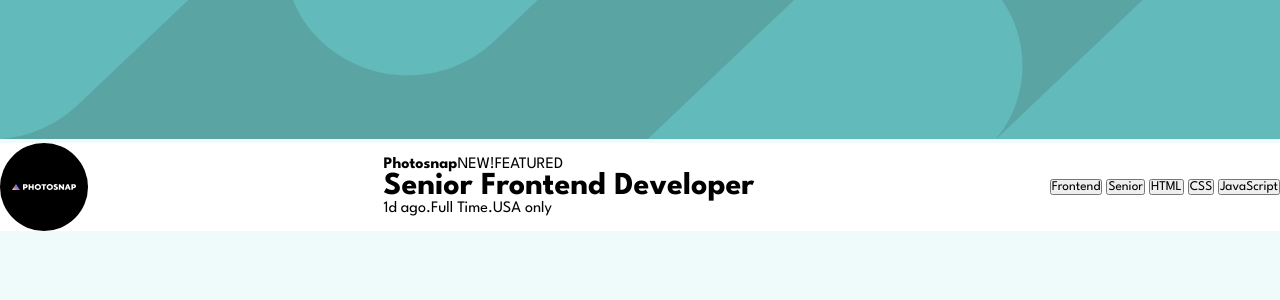
Repository: Eldream12/JobListing
Page: index.html
An editor plug-in stored every save of this project. The page is shown before and after the next save, followed by the edit.
The browser window is 1280 px wide. The pictures show the whole page.

Above is the page before, as saved 2025-03-31 11:03:23.

### index.html
<!DOCTYPE html>
<html lang="en">
	<head>
		<meta charset="UTF-8" />
		<meta name="viewport" content="width=device-width, initial-scale=1.0" />
		<title>Job Listing</title>
		<link rel="stylesheet" href="style/style.css" />
	</head>

	<body>
		<header>
			<div>
				<img src="Images/bg-header-desktop.svg" alt="NavHeader" />
			</div>
		</header>

		<main>
			<div class="content-carrier">
				<div class="content">
					<img src="Images/photosnap.svg" alt="photosnap" />
					<div class="content-text">
						<div class="txt-1">
							<h4>Photosnap</h4>
							<p>NEW!</p>
							<p>FEATURED</p>
						</div>
						<div class="txt-2">
							<h1>Senior Frontend Developer</h1>
						</div>
						<div class="txt-3">
							<p>1d ago</p>
							<p>.</p>
							<p>Full Time</p>
							<p>.</p>
							<p>USA only</p>
						</div>
					</div>
					<div class="btn">
						<button>Frontend</button>
						<button>Senior</button>
						<button>HTML</button>
						<button>CSS</button>
						<button>JavaScript</button>
					</div>
				</div>
			</div>
		</main>
		<footer></footer>
	</body>
</html>

### style/style.css
@import url("https://fonts.googleapis.com/css2?family=League+Spartan:wght@100..900&display=swap");

* {
	font-family: League Spartan;
	margin: 0;
	padding: 0;
	box-sizing: border-box;
}

html body {
  background-color: hsl(180, 52%, 96%);
}

header img {
	width: 100%;
	background-color: hsl(180, 29%, 50%);
}

.content-carrier .content {
  display: flex;
  background-color: #ffffff;
  align-items: center;
  justify-content: space-between;
}

.content-carrier .content .txt-1 {
  display: flex;
}

.content-carrier .content .txt-3 {
  display: flex;
}

After the next save:
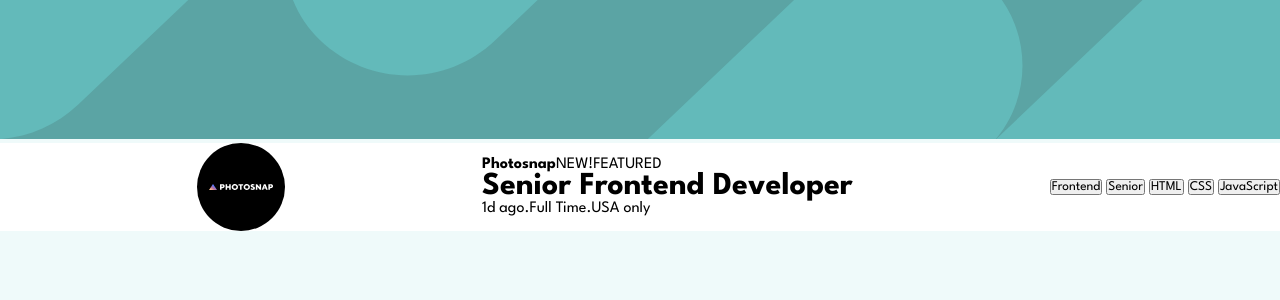
Saved 39 s later.
--- a/index.html
+++ b/index.html
@@ -17,7 +17,7 @@
 		<main>
 			<div class="content-carrier">
 				<div class="content">
-					<img src="Images/photosnap.svg" alt="photosnap" />
+					<div></div><img src="Images/photosnap.svg" alt="photosnap" />
 					<div class="content-text">
 						<div class="txt-1">
 							<h4>Photosnap</h4>

After the save that followed:
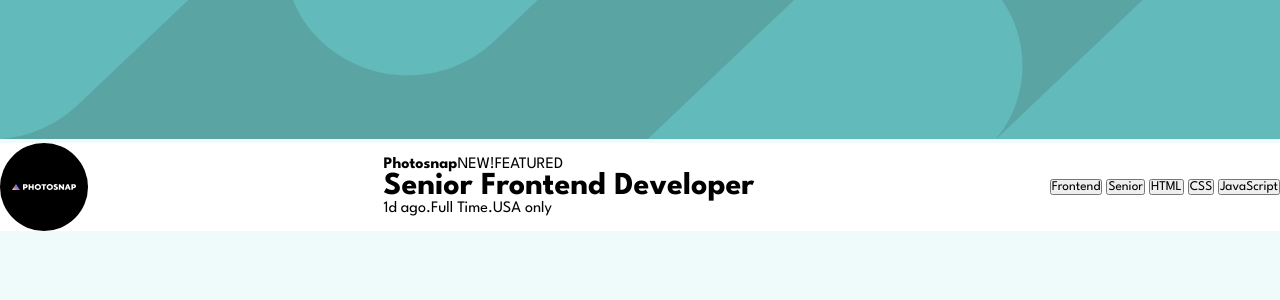
Saved 5 s later.
--- a/index.html
+++ b/index.html
@@ -17,7 +17,7 @@
 		<main>
 			<div class="content-carrier">
 				<div class="content">
-					<div></div><img src="Images/photosnap.svg" alt="photosnap" />
+					<img src="Images/photosnap.svg" alt="photosnap" />
 					<div class="content-text">
 						<div class="txt-1">
 							<h4>Photosnap</h4>
